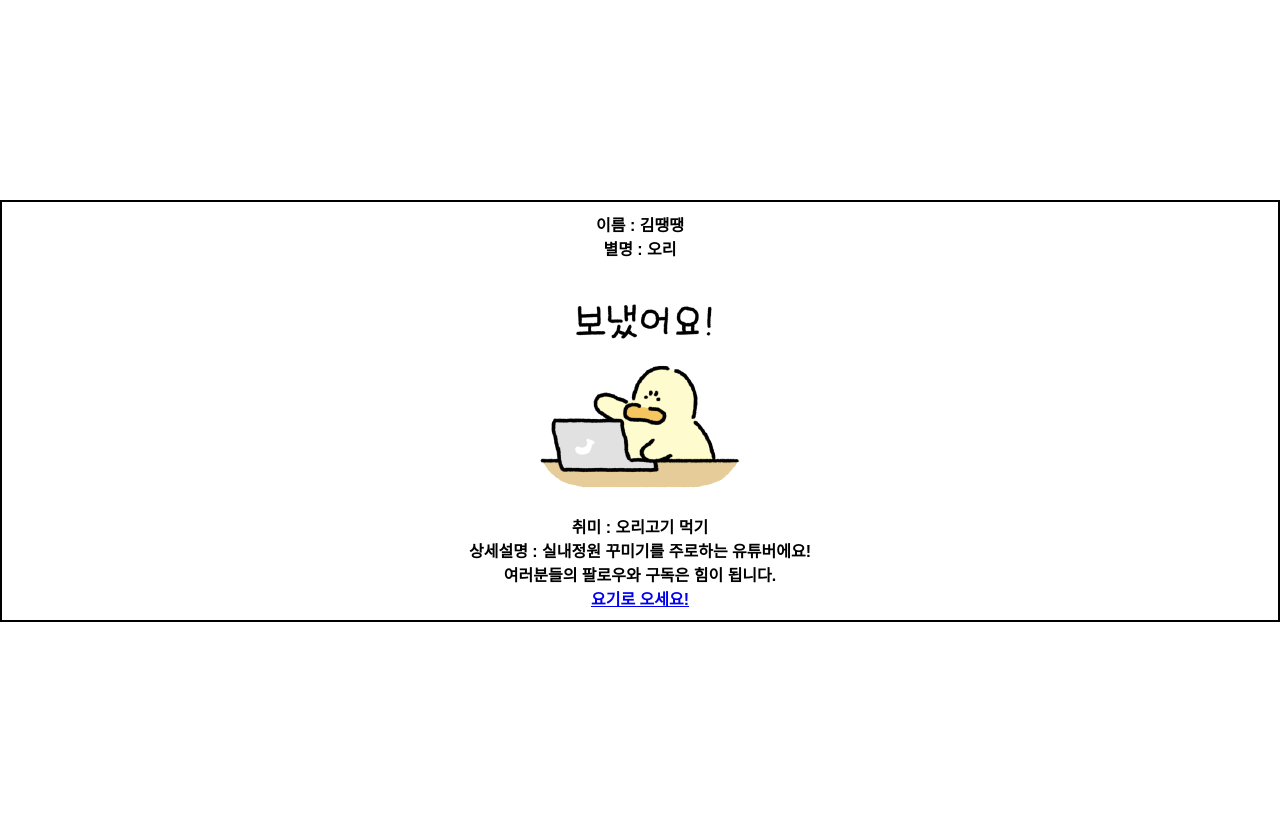
Repository: pauljerricho/MES
Page: http://localhost/SpringBoard/WEB-INF/views/answer.jsp
These files come from the project's save history. The page is drawn as it stood at one moment and after the next save; the edit follows.
The browser window is 1280 px wide. The pictures show the whole page.
The page is served by Tomcat 9. Nobody is signed in. The template is opened directly, without the code that normally fills it, so the values that code supplies are empty.

Above is the page before, as saved 2022-03-14 00:47:13.
Console error: SyntaxError: Invalid or unexpected token

After the next save:
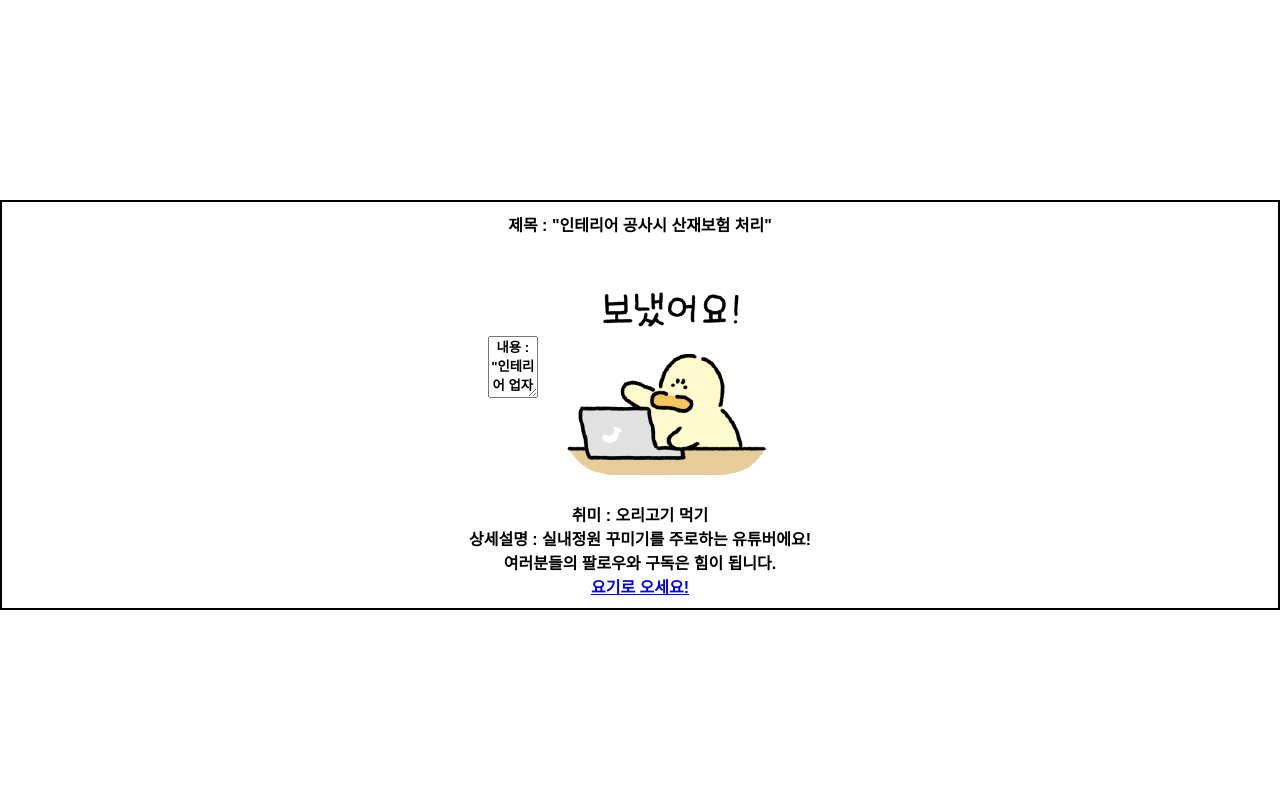
Saved 4 min 23 s later.
--- a/gozip/SpringBoard/src/main/webapp/WEB-INF/views/answer.jsp
+++ b/gozip/SpringBoard/src/main/webapp/WEB-INF/views/answer.jsp
@@ -25,8 +25,15 @@
 }
 </style>
 <body>
-이름 : 김땡땡<br>
-별명 : 오리<br>
+제목 : "인테리어 공사시 산재보험 처리"<br>
+<textarea rows="4" cols="4">
+내용 : "인테리어 업자 아내입니다. 아파트 리모델링을 주로하면 총 공사비는 2000만원이 넘습니다. 공사시. 전기팀.필름팅. 도배팀. 씽크대팀등 관련된 공사는 협력업체에 맡기고
+비용을 협력업체 회사통장이나 사장님 통장으로 입금을 해드리고 있습니다.
+이럴경우 혹시(질문 1)공사중 사고시 인테리어업자가 산재보험 처리하나요? (협력업체사장님 .사업자등록된분)
+(질문2) 협력업체의 직원이 다쳤을경우도 인테리어업자가 책임을 지고 산재처리하는지요
+(질문3) 사고시 책임을 업자에게 책임을 뭍지않는다는 계약서? 같은걸 작성 하라는데 그런 관련서류가 있는지요
+질문4)인테리어업자가 공사전에 받아야될 서류같은게 있나요?"
+</textarea>
 <img alt="" src="/img/img4_01.png"><br>
 취미 : 오리고기 먹기<br>
 상세설명 : 실내정원 꾸미기를 주로하는 유튜버에요!<br>
